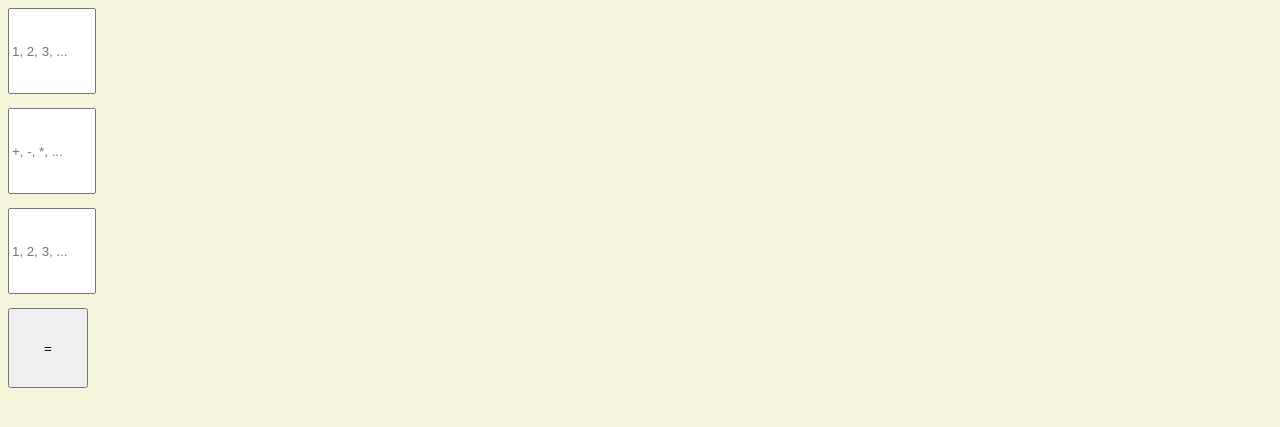
Repository: WesleyErasmus/threeInputCalculator
Page: html/if-calculator.html
The author's editor kept a copy of each file at every save. The page is drawn from the files as they stood at one save, then again after the next save.
The browser window is 1280 px wide. The pictures show the whole page.

Above is the page before, as saved 2022-04-27 22:03:05.

### html/if-calculator.html
<!DOCTYPE html>
<html lang="en">
<head>
    <meta charset="UTF-8">
    <meta http-equiv="X-UA-Compatible" content="IE=edge">
    <meta name="viewport" content="width=device-width, initial-scale=1.0">
    <title>JS If Calculator</title>
    <link rel="stylesheet" href="/css/stylesheet.css">
    <script src="/js/if-calculator.js"></script>

</head>
<body>

    <form onsubmit="return false;">
        <div class="inputField">
        <!-- <label for="input1">Enter a number</label> -->
         <input id="input1" type="text" name = "input1" placeholder="1, 2, 3, ..."> <!-- input-1 -->
        </div>
        <div class="inputField">
         <!-- <label for="input3">Enter operator</label> -->
         <input id="input3" type="text" name = "input3" placeholder="+, -, *, ..."> <!-- input-3 (operator) -->
        </div>
        <div class="inputField">
         <!-- <label for="input2">Enter a number </label> -->
         <input id="input2" type="text" name = "input2" placeholder="1, 2, 3, ..."> <!-- input-2 -->
        </div>
         <button onclick="sum()">=</button>
         <p id="output"></p>
    </form>

</body>
</html>

### css/stylesheet.css
body {
    background-color: beige;
}
form {

}
input, button {
    width: 80px;
    height: 80px;
}
.inputField {
    width: 100px;
    height: 100px;
}

### js/if-calculator.js
function sum() {
const num1 = document.getElementById("input1").value;
const num2 = document.getElementById("input2").value;
const operator = document.getElementById("input3").value;
const output = document.getElementById("output").value;
  let answer;
  document.getElementById("output").value;
  if (operator == '+') {
    answer = +num1 + +num2;
    document.getElementById("output").innerHTML = answer;
  } else if (operator == '-') {
    answer = num1 - num2;
    document.getElementById("output").innerHTML = answer;
  } else if (operator == '*') {
    answer = num1 * num2;
    document.getElementById("output").innerHTML = answer;
  } else {
    answer = num1 / num2;
    document.getElementById("output").innerHTML = answer;
  }console.log(answer);
}

After the next save:
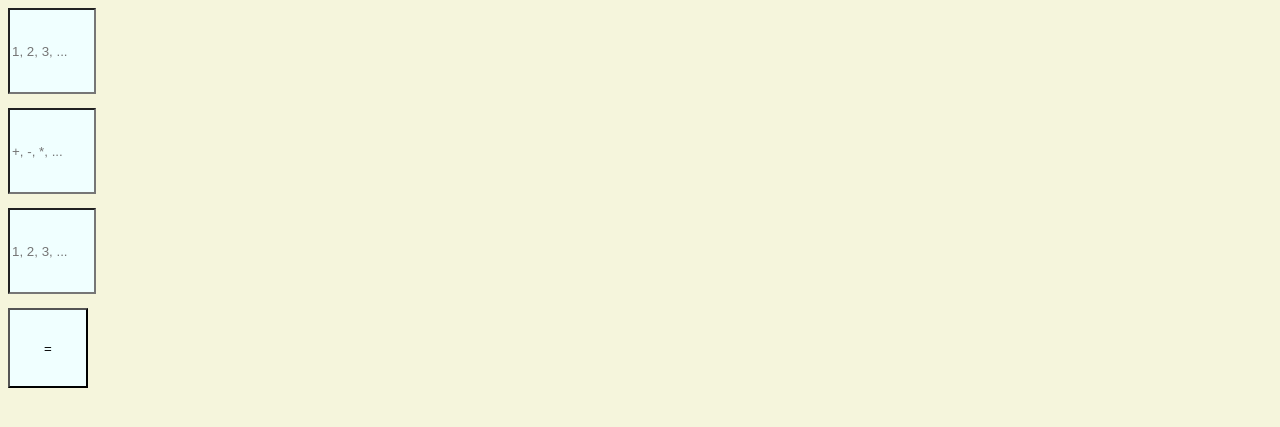
Saved 19 s later.
--- a/css/stylesheet.css
+++ b/css/stylesheet.css
@@ -7,6 +7,7 @@ form {
 input, button {
     width: 80px;
     height: 80px;
+    background-color: azure;
 }
 .inputField {
     width: 100px;
